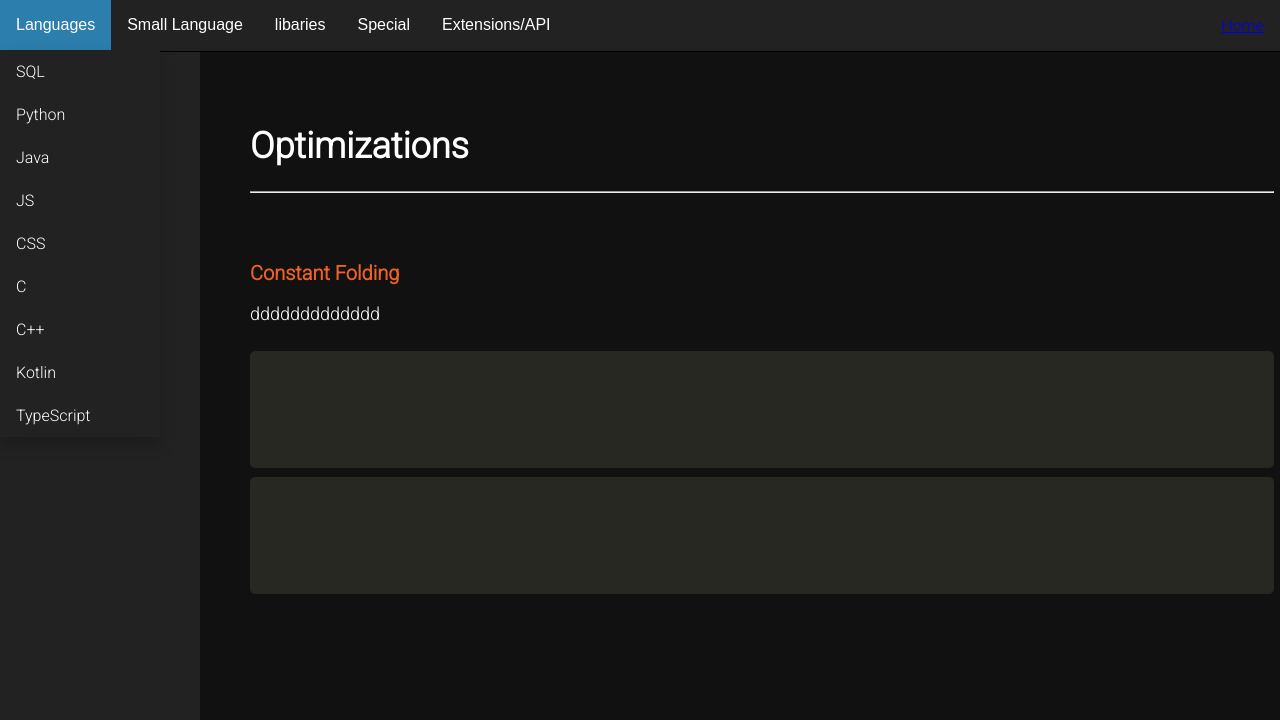
Repository: Max-Rohrhirsch/Max-Rohrhirsch.github.io
Page: documentation/special/OS/optimization.html
The author's editor kept a copy of each file at every save. The page is drawn from the files as they stood at one save, then again after the next save.
The browser window is 1280 px wide. The pictures show the whole page.

Above is the page before, as saved 2023-10-29 18:33:08.

After the next save:
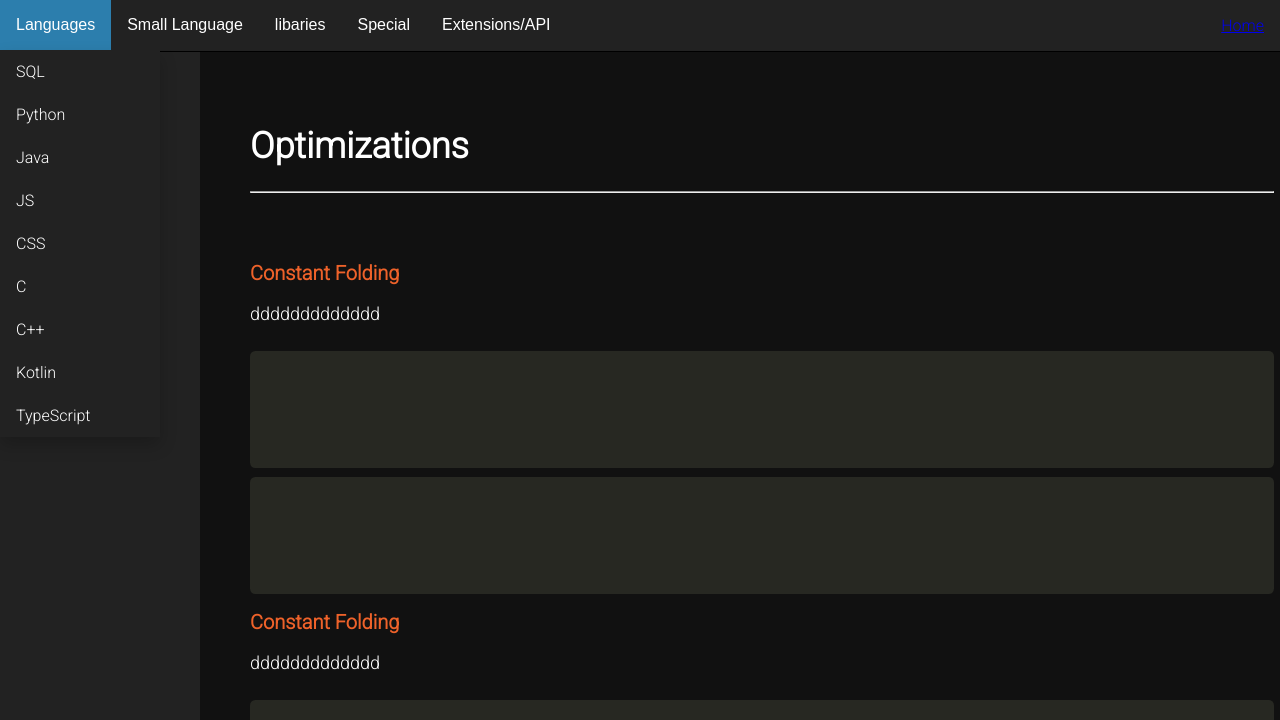
Saved 28 s later.
--- a/documentation/special/OS/optimization.html
+++ b/documentation/special/OS/optimization.html
@@ -39,6 +39,139 @@
 </pre>
 
 
+<h2>Constant Folding</h2>
+<p>ddddddddddddd</p>
+<div class="wrapper"></div>
+<pre>
+<code class="language-c">
+
+</code>
+</pre>
+<pre>
+<code class="language-c">
+
+</code>
+</pre>
+
+
+<h2>Constant Folding</h2>
+<p>ddddddddddddd</p>
+<div class="wrapper"></div>
+<pre>
+<code class="language-c">
+
+</code>
+</pre>
+<pre>
+<code class="language-c">
+
+</code>
+</pre>
+
+
+<h2>Constant Folding</h2>
+<p>ddddddddddddd</p>
+<div class="wrapper"></div>
+<pre>
+<code class="language-c">
+
+</code>
+</pre>
+<pre>
+<code class="language-c">
+
+</code>
+</pre>
+
+
+<h2>Constant Folding</h2>
+<p>ddddddddddddd</p>
+<div class="wrapper"></div>
+<pre>
+<code class="language-c">
+
+</code>
+</pre>
+<pre>
+<code class="language-c">
+
+</code>
+</pre>
+
+
+<h2>Constant Folding</h2>
+<p>ddddddddddddd</p>
+<div class="wrapper"></div>
+<pre>
+<code class="language-c">
+
+</code>
+</pre>
+<pre>
+<code class="language-c">
+
+</code>
+</pre>
+
+
+<h2>Constant Folding</h2>
+<p>ddddddddddddd</p>
+<div class="wrapper"></div>
+<pre>
+<code class="language-c">
+
+</code>
+</pre>
+<pre>
+<code class="language-c">
+
+</code>
+</pre>
+
+
+<h2>Constant Folding</h2>
+<p>ddddddddddddd</p>
+<div class="wrapper"></div>
+<pre>
+<code class="language-c">
+
+</code>
+</pre>
+<pre>
+<code class="language-c">
+
+</code>
+</pre>
+
+
+<h2>Constant Folding</h2>
+<p>ddddddddddddd</p>
+<div class="wrapper"></div>
+<pre>
+<code class="language-c">
+
+</code>
+</pre>
+<pre>
+<code class="language-c">
+
+</code>
+</pre>
+
+<h2>Constant Folding</h2>
+<p>ddddddddddddd</p>
+<div class="wrapper"></div>
+<pre>
+<code class="language-c">
+
+</code>
+</pre>
+<pre>
+<code class="language-c">
+
+</code>
+</pre>
+
 
 
 
